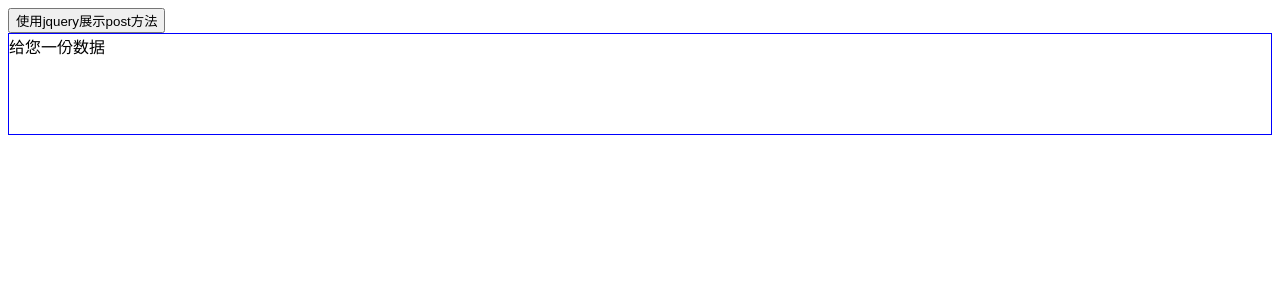
Repository: ChengqunYang/JAVA
Page: http://localhost/ajax/Demo06.jsp
The author's editor kept a copy of each file at every save. The page is drawn from the files as they stood at one save, then again after a run of saves.
The browser window is 1280 px wide. The pictures show the whole page.
After loading, the first visible `input` was clicked once.
The page is served by Tomcat 9.

Above is the page before, as saved 2019-04-23 10:23:40.

After the next 2 saves:
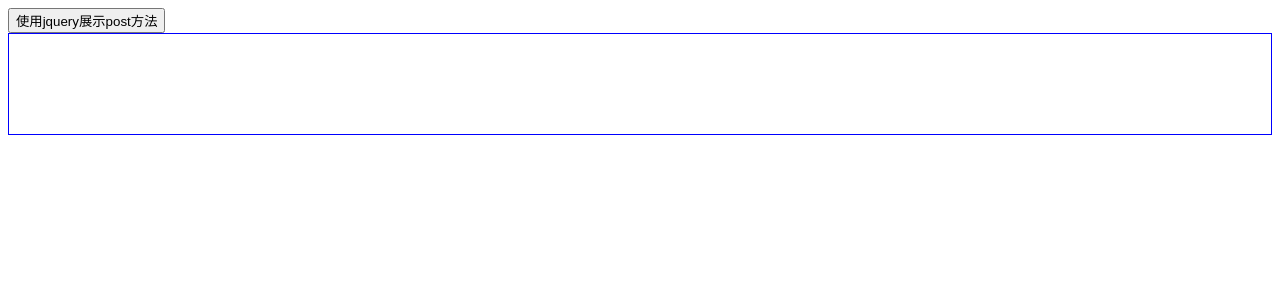
The 2 saves are shown as one change because they came seconds apart.
The last was saved 53 min 17 s later.
--- a/ajax/WebContent/Demo06.jsp
+++ b/ajax/WebContent/Demo06.jsp
@@ -6,21 +6,16 @@
 <meta http-equiv="Content-Type" content="text/html; charset=UTF-8">
 <script type="text/javascript" src="js/jquery-1.11.0.js"></script>
 <script type="text/javascript">
-
 	function post() {
-		/* $.get(URL,callback);
-
+		/* $.post(URL,data,callback);
 		必需的 URL 参数规定您希望请求的 URL。
+		可选的 data 参数规定连同请求发送的数据。
 		可选的 callback 参数是请求成功后所执行的函数名。
-		 */
-		$.get("/ajax/DemoServlet02",function(data, status){
-			//alert("结果是:"+data);
-			//$("#div01").val();//val用于设置元素里面有values 的属性值
-			$("#div01").html(data); //设置或返回所选元素的内容（包括 HTML 标记）
-			//$("#div01").text(data);//设置或返回所选元素的文本内容
-		});
+		*/
+ 		$.post("/ajax/DemoServlet02",function(data,status){
+ 			alert("回来数据了:"+data);
+ 		});
 	}
-
 </script>
 <title>Insert title here</title>
 </head>
